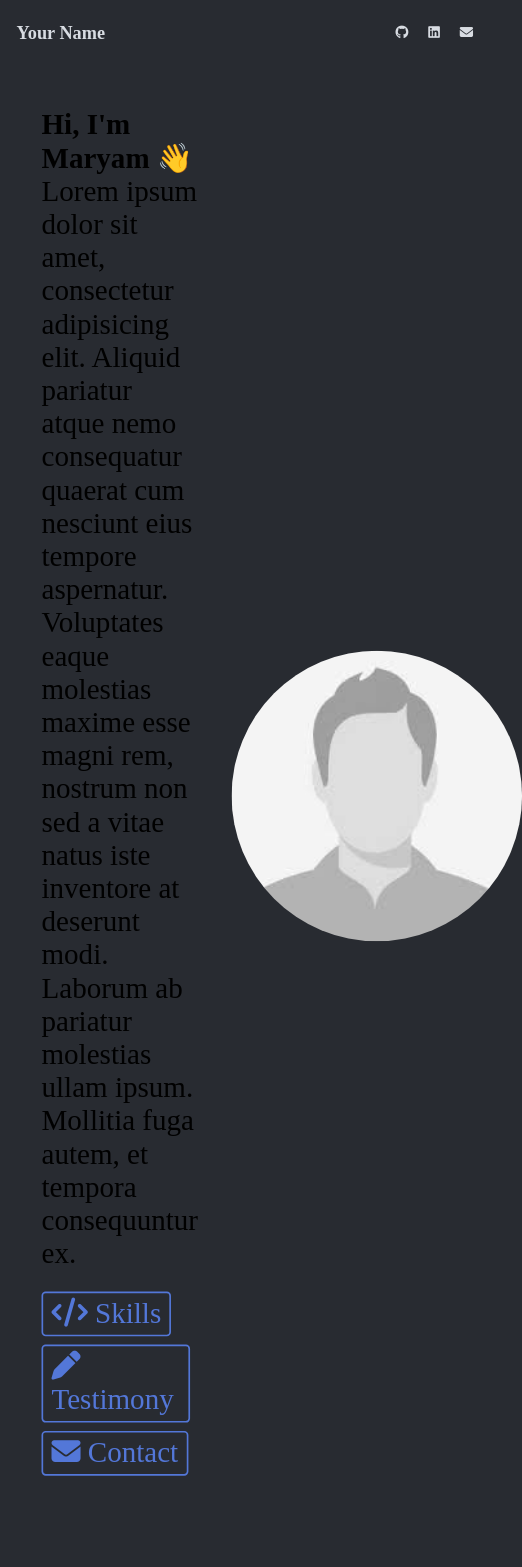
Repository: MaramMaryam/my-portfolio-test
Page: index.html
These files come from the project's save history. The page is drawn as it stood at one moment and after a run of saves; the edit follows.
The browser window is 600 px wide. The page is 629 px wide, then 600 px, so the pictures cover 629 px, including what lies to the right of the window. The pictures show the whole page, at 83% of full size.
Some web libraries are served in a nearby version.

Above is the page before, as saved 2024-09-17 21:29:10.

After the next 3 saves:
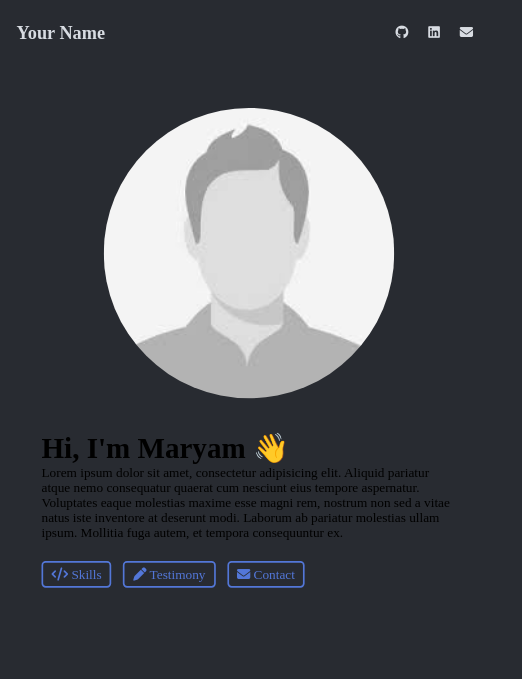
The 3 saves are shown as one change because they came seconds apart.
The last was saved 7 s later.
--- a/styles.css
+++ b/styles.css
@@ -98,7 +98,7 @@ nav .right a span {
 @media (max-width: 740px) {
     /* SECTION1 : HERO*/
     .hero-section {
-        font-size: 35px;
+        flex-direction: column-reverse;
     }
 }
 
